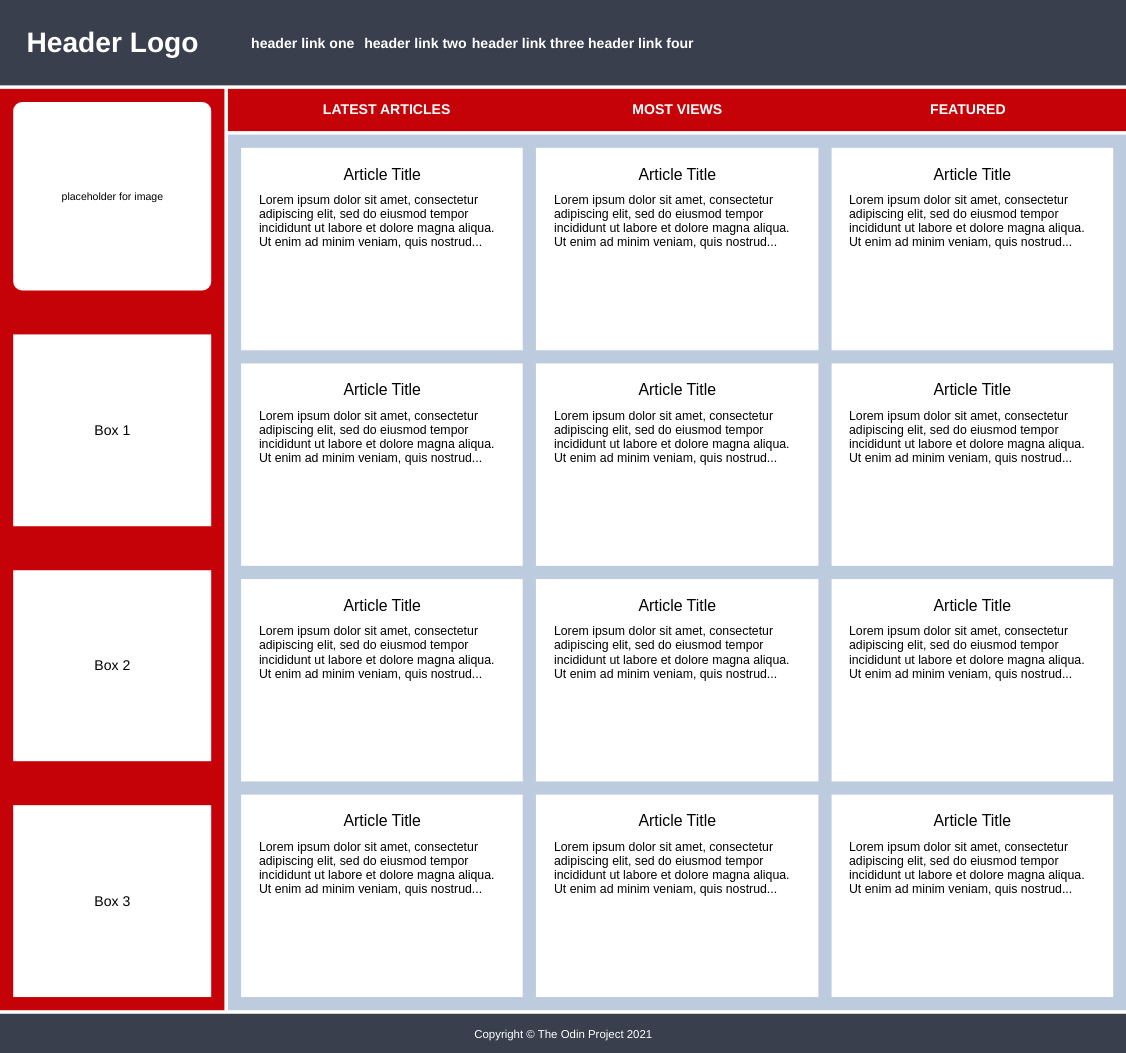
Repository: gkintu/css-exercises
Page: intermediate-html-css/advanced-grid/02-holy-grail-mockup/index.html
These files come from the project's save history. The page is drawn as it stood at one moment and after the next save; the edit follows.
The browser window is 1280 px wide. The pictures show the whole page, at 88% of full size.

Above is the page before, as saved 2025-03-04 11:29:38.

After the next save:
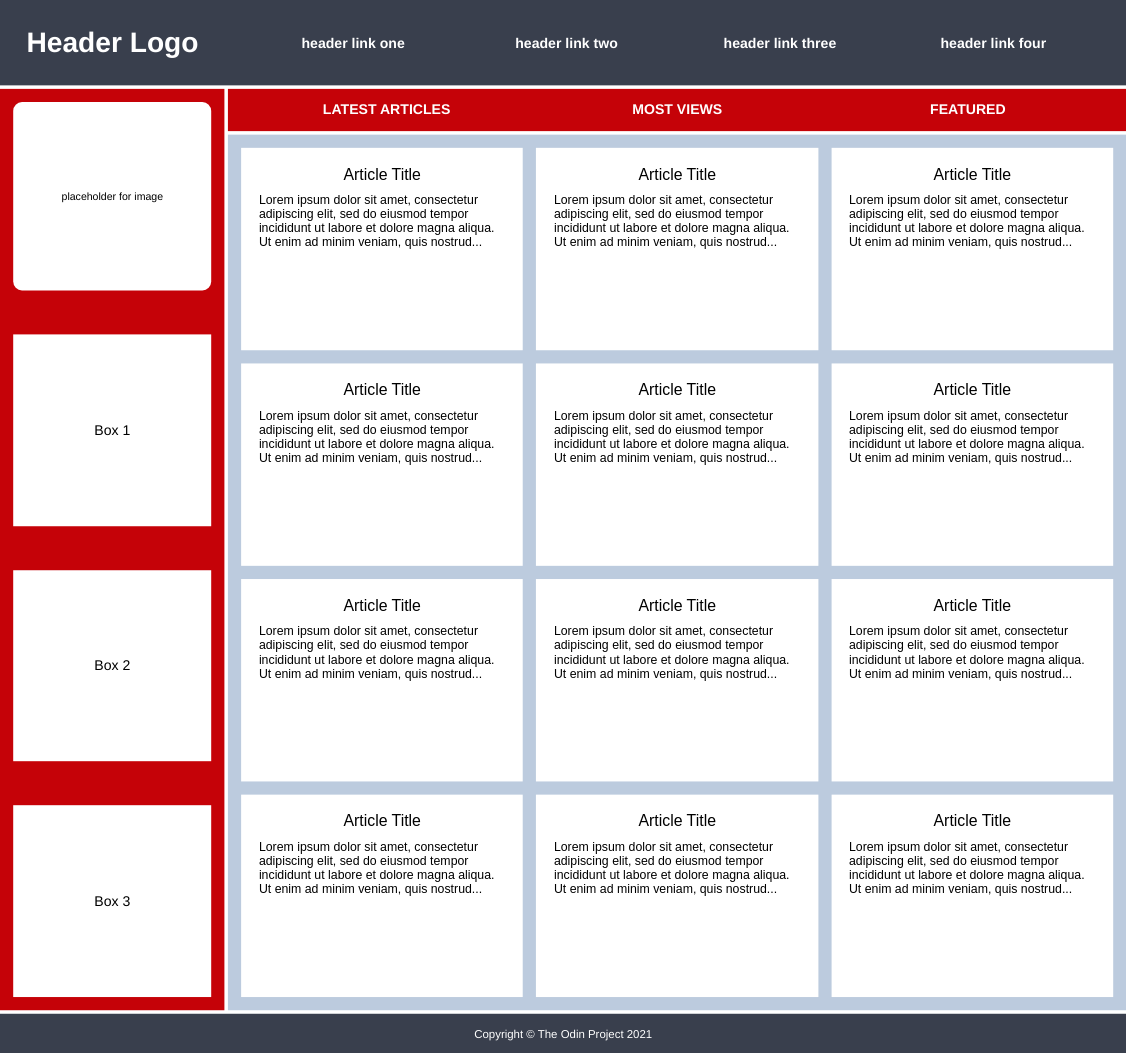
Saved 40 s later.
--- a/intermediate-html-css/advanced-grid/02-holy-grail-mockup/style.css
+++ b/intermediate-html-css/advanced-grid/02-holy-grail-mockup/style.css
@@ -34,14 +34,14 @@
 
 .menu {
   grid-column: 2 / 3;
-  justify-self: start;
+
 }
 
 .menu ul {
   display: grid;
   list-style-type: none;
   grid-template-columns: repeat(4, 1fr);
-
+  justify-items: center;
 }
 
 
